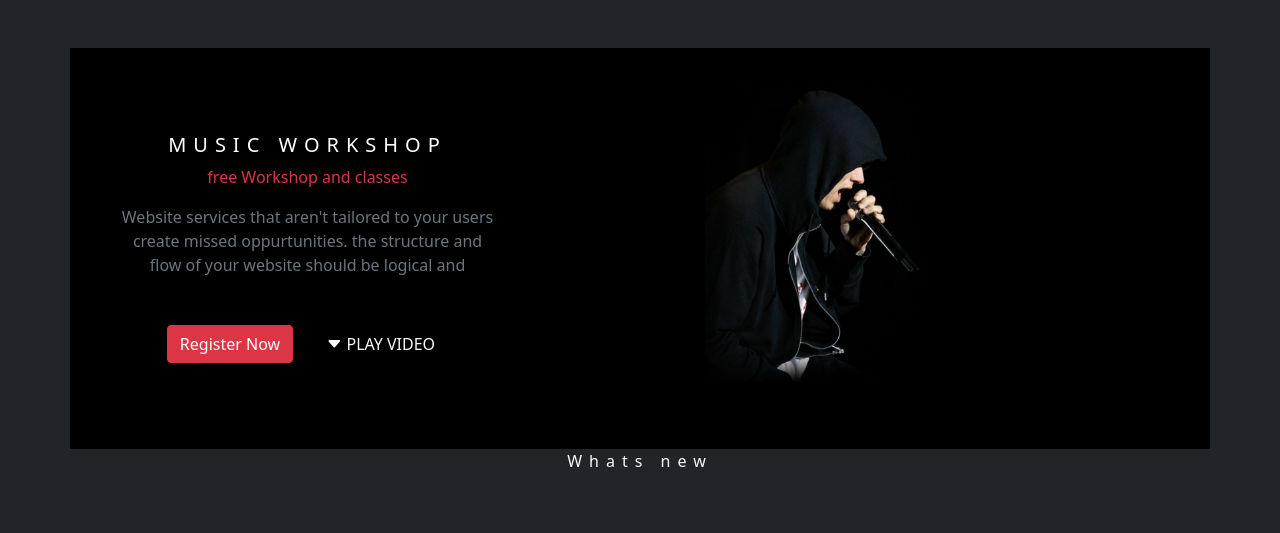
Repository: Eugene44-hub/music-workshop-site
Page: index.html
The author's editor kept a copy of each file at every save. The page is drawn from the files as they stood at one save, then again after the next save.
The browser window is 1280 px wide. The pictures show the whole page.
Some web libraries are served in a nearby version.

Above is the page before, as saved 2021-10-22 16:13:41.

### index.html
<!DOCTYPE html>
<html lang="en">

<head>
    <meta charset="UTF-8">
    <meta http-equiv="X-UA-Compatible" content="IE=edge">
    <meta name="viewport" content="width=device-width, initial-scale=1.0">
    <title>Document</title>
    <link rel="stylesheet" href="style.css">
    <!-- CSS only -->
    <link href="https://cdn.jsdelivr.net/npm/bootstrap@5.1.3/dist/css/bootstrap.min.css" rel="stylesheet" integrity="sha384-1BmE4kWBq78iYhFldvKuhfTAU6auU8tT94WrHftjDbrCEXSU1oBoqyl2QvZ6jIW3" crossorigin="anonymous">
    <link rel="stylesheet" href="https://cdn.jsdelivr.net/npm/bootstrap-icons@1.6.1/font/bootstrap-icons.css">
</head>

<body class="bg-dark p-5">
    <!-- registeration starts  -->
    <section id="registration">
        <div class="container">
            <div class="row text-white bg-black align-items-center" id="regImg">
                <div id="regText" class="col-lg-5 text-center p-5">
                    <h2 id="musicheader" class="text-uppercase lead"><strong>music workshop</strong> </h2>
                    <p class="text-danger"> free Workshop and classes</p>
                    <p class="text-secondary">Website services that aren't tailored to your users create missed oppurtunities. the structure and flow of your website should be logical and</p>
                    <div class="mt-5">
                        <button class="btn btn-danger mx-2">Register Now</button>
                        <button class="btn text-light mx-2"><i class="bi bi-caret-down-fill"></i> PLAY VIDEO</button>
                    </div>
                </div>
                <div class="col-md"> <img src="images/eminem.jpg" alt="" class="img-fluid"></div>

            </div>
        </div>
    </section>
    <!-- registeration ends  -->

    <!-- whats new starts -->
    <section>
        <div id="new" class='text-center text-light fs-6'>Whats new</div>

    </section>
    <!-- whats new ends -->
</body>
<!-- JavaScript Bundle with Popper -->
<script src="https://cdn.jsdelivr.net/npm/bootstrap@5.1.3/dist/js/bootstrap.bundle.min.js" integrity="sha384-ka7Sk0Gln4gmtz2MlQnikT1wXgYsOg+OMhuP+IlRH9sENBO0LRn5q+8nbTov4+1p" crossorigin="anonymous"></script>

</html>

### style.css
#musicheader,
#new {
    letter-spacing: 7px
}


/* #regImg {
    background-image: url('images/eminem.jpg');
    background-repeat: no-repeat;
    background-position-x: left;
    background-position-y: top;
    background-size: auto;
    background-size: cover;
} */

After the next save:
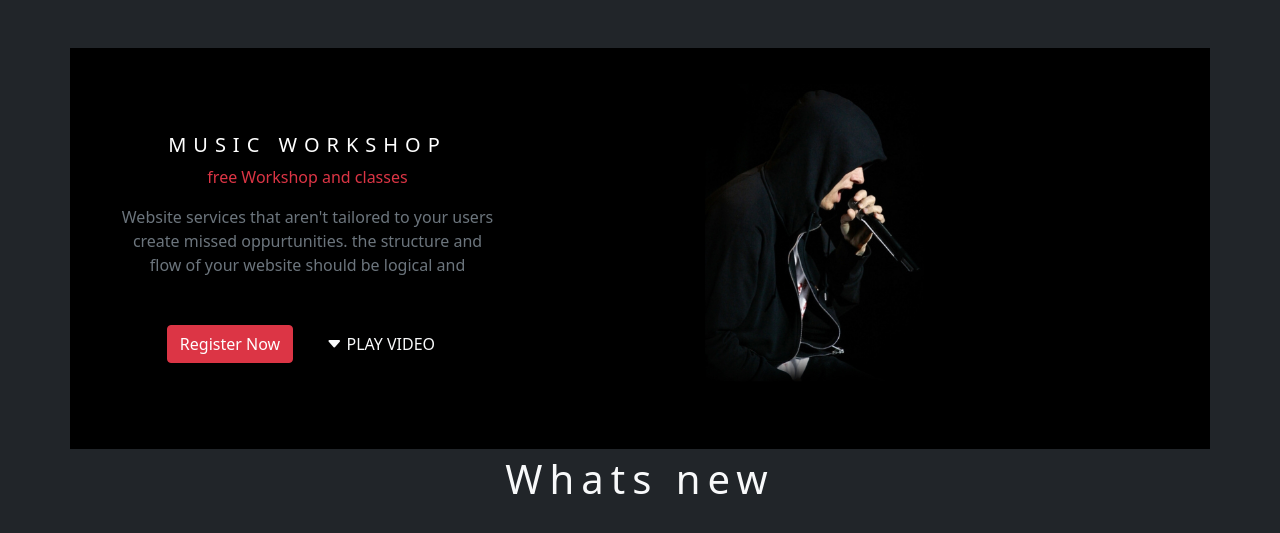
Saved 6 s later.
--- a/index.html
+++ b/index.html
@@ -35,7 +35,7 @@
 
     <!-- whats new starts -->
     <section>
-        <div id="new" class='text-center text-light fs-6'>Whats new</div>
+        <div id="new" class='text-center text-light fs-1'>Whats new</div>
 
     </section>
     <!-- whats new ends -->
